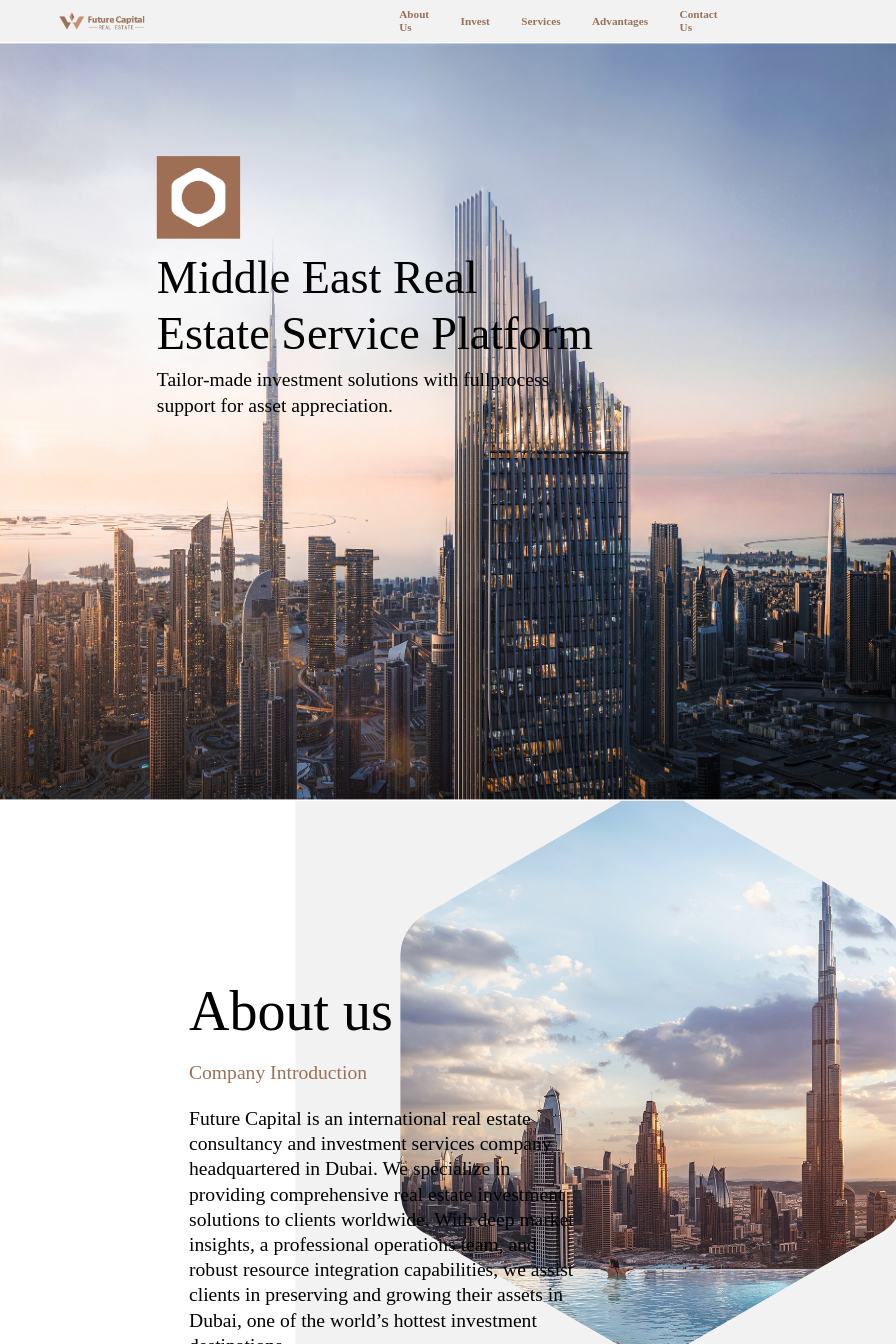
Repository: hcliu987/FutureCapital
Page: /
The author's editor kept a copy of each file at every save. The page is drawn from the files as they stood at one save, then again after the next save.
The browser window is 1280 px wide. The pictures show the part of the page from y = 0 to 1920 px (the page is 8610 px tall), at 70% of full size.
The project was rebuilt for these pictures with package versions that can differ from the ones it lists, and the page was loaded fresh each time. Also part of the build but not shown: vue.config.js.

Above is the page before, as saved 2025-01-18 15:00:35.

### src/App.vue
<template>
  <homePage />
</template>

<script setup>
import homePage from "./components/homePage.vue";
</script>

<style>
html,
body {
  margin: 0;
}
</style>

### src/components/homePage.vue
<template>
  <div class="homePage">
    <div class="nav">
      <div class="left">
        <img class="toplogo" src="@/assets/logo.png" />
      </div>
      <div class="right">
        <div><a href="#aboutUs">About Us</a></div>
        <div><a href="#invest">Invest</a></div>
        <div><a href="#services">Services</a></div>
        <div><a href="#advantages">Advantages</a></div>
        <div><a href="#contactUs">Contact Us</a></div>
      </div>
    </div>
    <div class="aboutUs" id="aboutUs">
      <img class="img_bg" src="@/assets/aboutUs_bg1.jpg" />
      <img class="logo" src="@/assets/aboutUs_logo.png" />
      <div class="title">Middle East Real</div>
      <div class="title">Estate Service Platform</div>
      <div class="subInfo m1">
        Tailor-made investment solutions with fullprocess
      </div>
      <div class="subInfo">support for asset appreciation.</div>
    </div>
    <div class="aboutUs2">
      <div class="left"></div>
      <div class="right">
        <img src="@/assets/aboutUs_bg2.png" />
      </div>
      <div class="con_txt">
        <div class="title">About us</div>
        <div class="subtitle">Company Introduction</div>
        <div class="intro">
          Future Capital is an international real estate consultancy and
          investment services company headquartered in Dubai. We specialize in
          providing comprehensive real estate investment solutions to clients
          worldwide. With deep market insights, a professional operations team,
          and robust resource integration capabilities, we assist clients in
          preserving and growing their assets in Dubai, one of the world’s
          hottest investment destinations.
        </div>
      </div>
    </div>
    <div class="aboutUs3">
      <div class="left">
        <img src="@/assets/aboutUs_bg3.png" />
      </div>
      <div class="right"></div>
      <div class="con_txt">
        <div class="title">Company Vision</div>
        <div class="line"></div>
        <div class="info">
          Whether you are looking for an ideal home or exploring high-yield
          investment opportunities, Future Capital is committed to a
          customer-first philosophy. <br /><br />
          We deliver tailored investment support through exceptional service
          quality and forward-thinking market analysis, ensuring a personalized
          experience for every client.
        </div>
      </div>
    </div>
    <div class="invest" id="invest">
      <div class="top">
        <div class="title">New Opportunities</div>
        <div class="title">for Global Asset Allocation</div>
        <div class="line"></div>
      </div>
      <div class="bottom">
        <div class="row">
          <div class="item">
            <div class="pre">0%</div>
            <div class="text">
              Tax Incentives: Zero personal income tax.Zero capital gains tax.
            </div>
          </div>
          <div class="item">
            <div class="pre">6%-8%</div>
            <div class="text">
              Leading Investment Returns:The real estate market offers an
              average annual rental yield of 6%-8%.
            </div>
          </div>
          <div class="item">
            <div class="pre">12%</div>
            <div class="text">
              High-End Residential Growth:Luxury residential projects boast an
              annual sales growth rate exceeding 12%.
            </div>
          </div>
        </div>
        <div class="row">
          <div class="item">
            <div class="pre">100%</div>
            <div class="text">
              Non-UAE investors can achieve 100% foreign ownership.
            </div>
          </div>
          <div class="item">
            <div class="pre">80%</div>
            <div class="text">
              Over 80% of the population in Dubai consists of expatriates,
              leading to steadily growing housing demand.
            </div>
          </div>
          <div class="item">
            <div class="pre">60%</div>
            <div class="text">
              Located at the intersection of Europe, Asia, and Africa, 60% of
              global markets are within an 8-hour flight radius.
            </div>
          </div>
        </div>
        <div class="btext m1">
          Dubai, as a world-leading international metropolis, serves not only as
          the economic and trade hub of
        </div>
        <div class="btext">
          the Middle East but also as a focal point for global investors.
        </div>
      </div>
    </div>
    <div class="services" id="services">
      <div class="top">
        <div class="line"></div>
        <div class="item">
          <div class="title">Our Services</div>
          <div>
            Assist the rental of of primary and secondary commercial/residential
            properties.
          </div>
          <div>
            Assist the rental of of primary and secondary commercial/residential
            properties.
          </div>
        </div>
      </div>
      <div class="imgs">
        <img class="img1" src="@/assets/services_bg1.png" />
        <img class="img2" src="@/assets/services_bg2.png" />
      </div>
    </div>
    <div class="advantages1" id="advantages">
      <img src="@/assets/advantages_bg1.jpg" />
      <div class="title">Our Advantages</div>
    </div>
    <div class="advantages2">
      <div class="top">
        <div class="item">
          <div class="title">Company Introduction</div>
          <div class="info">
            A professional real estate consultancy team offering accurate market
            analysis and expert advice.
          </div>
        </div>
        <div class="item h1">
          <div class="title">High-End Resource Integration</div>
          <div class="info">
            Collaborating with Dubai’s top developers, such as EMAAR, Nakheel,
            and DAMAC, to provide exclusive properties and premium resources.
          </div>
        </div>
        <div class="item h1">
          <div class="title">Customer First</div>
          <div class="info">
            Placing client needs at the core, delivering full process,
            comprehensive support from property selection to investment
            implementation.
          </div>
        </div>
        <div class="item">
          <div class="title">Global Perspective</div>
          <div class="info">
            Serving clients worldwide, including investors from China, the UK,
            India, Europe, and Gulf countries.
          </div>
        </div>
      </div>
      <div class="img">
        <img src="@/assets/advantages_bg2.png" />
      </div>
    </div>
    <div class="contact" id="contactUs">
      <div class="left">
        <img src="@/assets/contact_bg2.png" />
      </div>
      <div class="right">
        <img src="@/assets/contact_bg1.png" />
      </div>
      <div class="content">
        <div class="title">
          <img src="@/assets/aboutUs_logo.png" />
          <div class="text">Contact US</div>
        </div>
        <div class="info">
          Thank you for your interest and trust in us! For more information
          about our projects or to discuss any inquiries and collaboration
          opportunities, feel free to reach out to our professional team. You
          can contact us through the following channels, and we look forward to
          providing you with the best service.
        </div>
        <div class="detail">
          <div class="key">Phone</div>
          <div class="value">+971 50 350 8883</div>
        </div>
        <div class="detail">
          <div class="key">Email</div>
          <div class="value">michael@futurecapital.ae</div>
        </div>
        <div class="detail">
          <div class="key">Address</div>
          <div class="value">
            3rd Floor Westburry Tower, Al Abraj Street Business Bay, Dubai
          </div>
        </div>
        <div class="end">
          We look forward to working with you to build a better future !
        </div>
      </div>
    </div>
  </div>
</template>

<script setup>
</script>


<style scoped>
.homePage {
  max-width: 1920px;
}
.nav {
  height: 60px;
  background: #f2f2f2;
  display: flex;
  align-items: center;
  justify-content: space-between;
  padding: 0 210px 0 85px;
  margin-bottom: 2px;
}
.nav .left {
  display: flex;
  align-items: center;
}
.nav .left img {
  margin-right: 12px;
}
.nav .right {
  display: flex;
  align-items: center;
  justify-content: end;
  width: 100%;
  font-family: 'Outfit Bold';
}
.nav .right div {
  margin-right: 45px;
  color: #987159;
  cursor: pointer;
  font-size: 16px;
  font-weight: bold;
}
.nav .right a {
  color: #987159;
  text-decoration: none;
}
.aboutUs {
  width: 100%;
  position: relative;
  min-height: 1080px;
  margin-bottom: 2px;
}
.aboutUs .img_bg {
  max-width: 100%;
  position: absolute;
  min-height: 1080px;
}
.aboutUs .logo {
  width: 118.5px;
  height: 118.5px;
  margin: 160.5px 0 12px 224px;
  position: relative;
  z-index: 1;
}
.nav .left .toplogo{
  width: 25%;
  height: 25%;
}
.aboutUs .title {
  margin-left: 224px;
  font-size: 66px;
  font-weight: 400;
  color: #000;
  line-height: 80px;
  position: relative;
  z-index: 1;
  font-family: Outfit Bold;
}
.aboutUs .subInfo {
  margin-left: 224px;
  font-size: 28px;
  line-height: 36px;
  position: relative;
  z-index: 1;
}
.aboutUs .m1 {
  margin-top: 8px;
}
.aboutUs2 {
  display: flex;
  width: 100%;
  min-height: 1080px;
  position: relative;
  margin-bottom: 2px;
}
.aboutUs2 .left {
  width: 33%;
  background: #fff;
}
.aboutUs2 .right {
  width: 67%;
  background: #f2f2f2;
  text-align: right;
}
.aboutUs2 .right img {
  max-width: 82.5%;
}
.aboutUs2 .con_txt {
  position: absolute;
  top: 260px;
  left: 270px;
  width: 573px;
}
.aboutUs2 .title {
  font-size: 80px;
  line-height: 80px;
  color: #000;
}
.aboutUs2 .subtitle {
  font-size: 28px;
  color: #987159;
  line-height: 36px;
  margin: 30px 0;
}
.aboutUs2 .intro {
  font-size: 28px;
  line-height: 36px;
}
.aboutUs3 .left {
  width: 55.7%;
}
.aboutUs3 {
  display: flex;
  width: 100%;
  position: relative;
  margin-bottom: 2px;
}
.aboutUs3 .right {
  width: 44.3%;
  background: #f2f2f2;
}
.aboutUs3 .con_txt {
  width: 851px;
  height: 678px;
  background: #fff;
  position: absolute;
  top: 110px;
  right: 110px;
  padding: 182px 0 0 132px;
}
.aboutUs3 .con_txt .title {
  font-size: 28px;
  color: #987159;
  line-height: 36px;
  margin-bottom: 66px;
}
.aboutUs3 .con_txt .line {
  height: 1px;
  width: 145px;
  margin-bottom: 38px;
  background: #987159;
}
.aboutUs3 .con_txt .info {
  width: 533px;
  font-size: 28px;
  line-height: 36px;
}
.invest .top {
  height: 360px;
  background: #fff;
  text-align: center;
  display: flex;
  align-items: center;
  flex-direction: column;
  justify-content: center;
}
.invest .top .title {
  font-size: 80px;
  color: #000;
  line-height: 80px;
}
.invest .top .line {
  height: 1px;
  background: #987159;
  width: 773px;
  margin-top: 32px;
}
.invest .bottom {
  height: 600px;
  background: #f2f2f2;
  padding: 90px 200px 30px 328px;
}
.invest .bottom .row {
  display: flex;
  justify-content: space-between;
}
.invest .bottom .row .item {
  height: 215px;
  width: 314px;
  margin-bottom: 40px;
}
.invest .bottom .row .pre {
  font-size: 80px;
  line-height: 80px;
  color: #987159;
  margin-bottom: 7.5px;
}
.invest .bottom .row .text {
  font-size: 20px;
  line-height: 25.2px;
  color: #000;
}
.invest .bottom .btext {
  width: 100%;
  text-align: center;
  font-size: 28px;
  line-height: 36px;
}
.invest .bottom .m1 {
  margin-top: 10px;
}
.services {
  min-height: 1080px;
  background: #fff;
  margin: 2px 0;
}
.services .top {
  height: 232px;
  padding: 150px 120px 150px 150px;
}
.services .top .line {
  width: 466px;
  height: 1px;
  background: #987159;
  margin-bottom: 65px;
}
.services .top .item {
  display: flex;
  align-items: center;
  justify-content: space-between;
  height: 106px;
}
.services .top .item div {
  max-width: 460px;
  font-size: 28px;
  line-height: 36px;
}
.services .top .item .title {
  max-width: 550px;
  font-size: 80px;
}
.services .imgs {
  display: flex;
  width: 100%;
}
.services .imgs .img1 {
  width: 67%;
}
.services .imgs .img2 {
  width: 33%;
}
.advantages1 {
  min-height: 1080px;
  margin-bottom: 2px;
  position: relative;
  display: flex;
  align-items: center;
  justify-content: center;
}
.advantages1 .title {
  font-size: 80px;
  position: relative;
  color: #fff;
  z-index: 1;
}
.advantages1 img {
  min-height: 1080px;
  width: 100%;
  position: absolute;
}
.advantages2 {
  min-height: 1080px;
  background: #fff;
  margin-bottom: 2px;
}
.advantages2 .img {
  height: 488px;
}
.advantages2 .top {
  height: 529px;
  padding: 63px 142px 0 172px;
  display: flex;
  justify-content: space-between;
}
.advantages2 .top .item {
  width: 332px;
}
.advantages2 .top .h1 {
  width: 345px;
}
.advantages2 .top .title {
  color: #987159;
  height: 180px;
  font-size: 28px;
  display: flex;
  align-items: flex-end;
  margin-bottom: 40px;
  font-weight: 700;
}
.advantages2 .top .info {
  font-size: 28px;
}
.advantages2 .img img {
  width: 100%;
  height: 100%;
}
.contact {
  display: flex;
  position: relative;
}
.contact .left {
  background: #f2f2f2;
  width: 50%;
  display: flex;
  align-items: center;
}
.contact .left img {
  max-width: 22%;
  position: relative;
  z-index: 1;
}
.contact .right {
  width: 50%;
  background: #987159;
  display: flex;
  align-items: center;
  justify-content: end;
}
.contact .right img {
  max-width: 60%;
}
.contact .content {
  width: 870px;
  height: 613px;
  position: absolute;
  top: 108px;
  left: 194px;
  background: #fff;
  padding: 129px 65px 120px 100px;
}
.contact .content .title {
  display: flex;
  align-items: flex-end;
  margin-bottom: 80px;
}
.contact .content img {
  width: 118px;
  height: 118px;
}
.contact .content .title .text {
  font-size: 80px;
  line-height: 80px;
  margin-left: 93px;
}
.contact .content .info {
  font-size: 28px;
  line-height: 36px;
  margin-bottom: 30px;
}
.contact .content .detail {
  display: flex;
  margin-bottom: 16px;
}
.contact .content .key,
.contact .content .value {
  min-width: 119px;
  font-size: 22px;
  color: #987159;
  line-height: 30px;
}
.contact .content .value {
  color: #000;
}
.contact .content .end {
  font-size: 28px;
  line-height: 36px;
  text-align: center;
  margin-top: 50px;
}
</style>

Loaded but not shown: public/index.html (common file); src/main.js (common file)

After the next save:
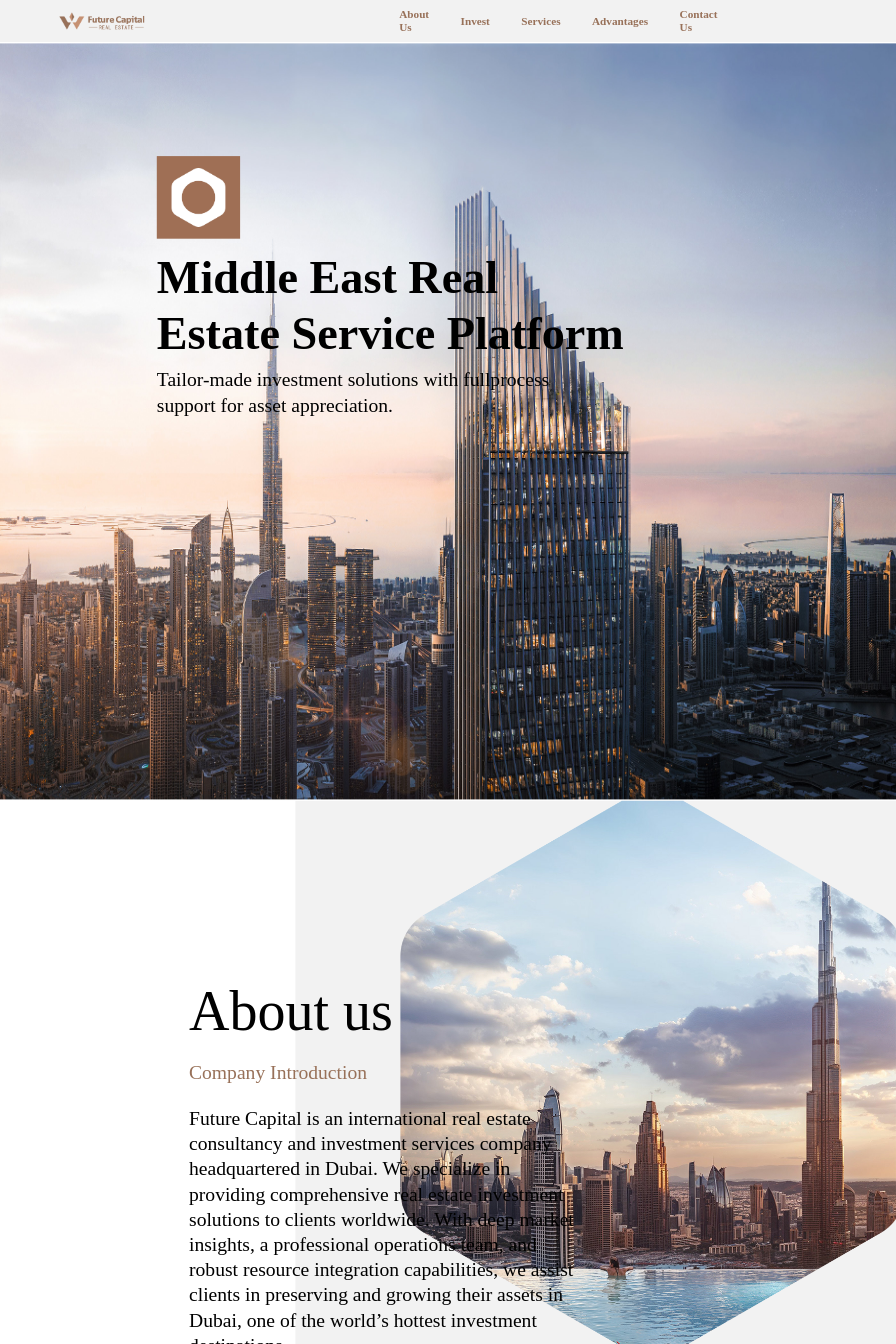
Saved 9 min 7 s later.
--- a/src/components/homePage.vue
+++ b/src/components/homePage.vue
@@ -287,7 +287,7 @@
 .aboutUs .title {
   margin-left: 224px;
   font-size: 66px;
-  font-weight: 400;
+  font-weight: 700;
   color: #000;
   line-height: 80px;
   position: relative;
